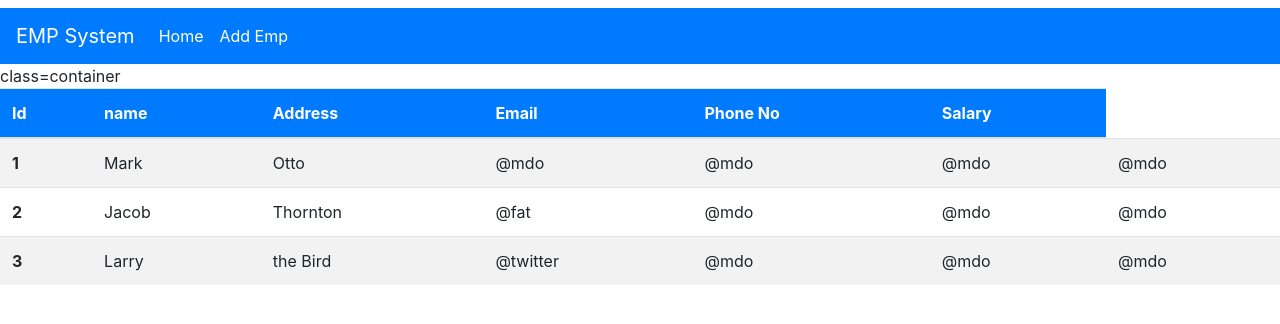
Repository: prateek-000/Employee_management
Page: http://localhost/index
These files come from the project's save history. The page is drawn as it stood at one moment and after the next save; the edit follows.
The browser window is 1280 px wide. The pictures show the whole page.
Some web libraries are served in a nearby version. The page is this project's Thymeleaf template; nobody is signed in. The template is opened directly, without the code that normally fills it, so the values that code supplies are empty.

Above is the page before, as saved 2023-01-26 22:40:55.

After the next save:
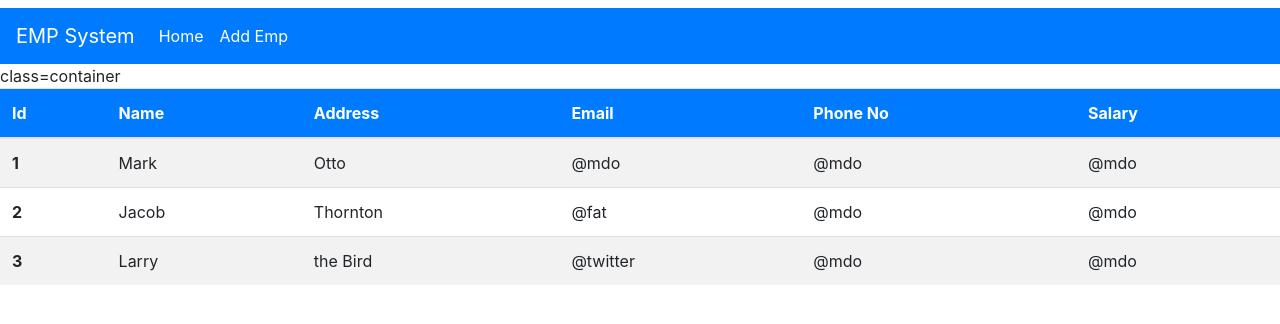
Saved 2 min 20 s later.
--- a/Employee_M/src/main/resources/templates/index.html
+++ b/Employee_M/src/main/resources/templates/index.html
@@ -43,7 +43,7 @@
   <thead class="bg-primary text-white">
     <tr>
       <th scope="col">Id</th>
-      <th scope="col">name</th>
+      <th scope="col">Name</th>
       <th scope="col">Address</th>
       <th scope="col">Email</th>
       <th scope="col">Phone No</th>
@@ -58,7 +58,7 @@
       <td>@mdo</td>
       <td>@mdo</td>
       <td>@mdo</td>
-      <td>@mdo</td>
+
     </tr>
     <tr>
       <th scope="row">2</th>
@@ -67,7 +67,7 @@
       <td>@fat</td>
       <td>@mdo</td>
       <td>@mdo</td>
-      <td>@mdo</td>
+
     </tr>
     <tr>
       <th scope="row">3</th>
@@ -76,7 +76,7 @@
       <td>@twitter</td>
       <td>@mdo</td>
       <td>@mdo</td>
-      <td>@mdo</td>
+
     </tr>
   </tbody>
 </table>
